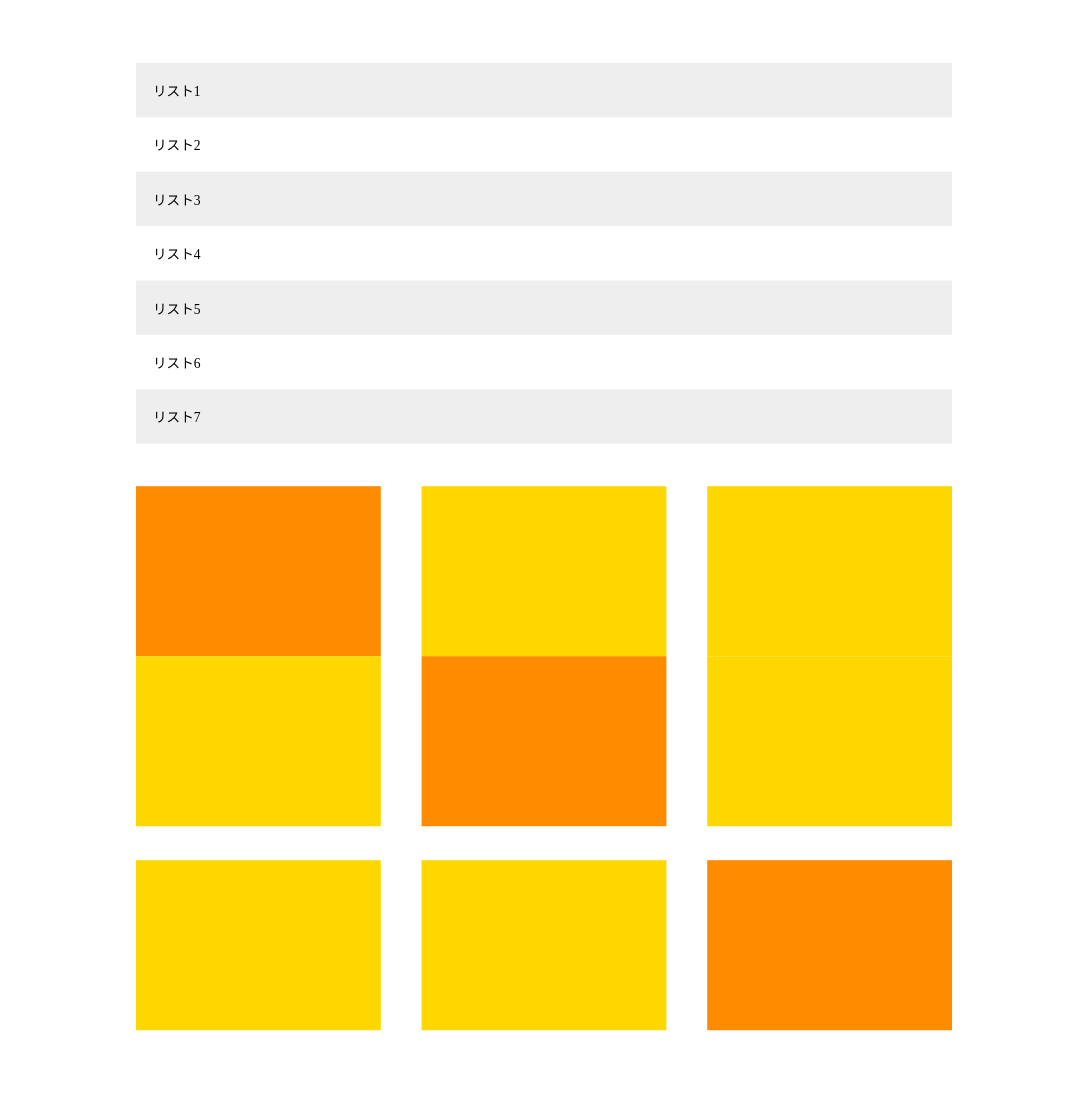
Repository: gukbvhrsui/r
Page: review5/review5.html
The author's editor kept a record of every edit. The page is drawn from the files as they stood at one moment, then again after the next edit.
The browser window is 1280 px wide. The pictures show the whole page, at 85% of full size.

Above is the page before.

### review5/review5.html
<!DOCTYPE html>
<html>
  <head>
    <meta charset="UTF-8">
    <title>演習１－８</title>
    <link rel="stylesheet" href="review5.css">
  </head>
  <body>
    <main>
    　<div class="main-list-box">
       <p class="main-list">リスト1</p>
       <p class="main-list">リスト2</p>
       <p class="main-list">リスト3</p>
       <p class="main-list">リスト4</p>
       <p class="main-list">リスト5</p>
       <p class="main-list">リスト6</p>
       <p class="main-list">リスト7</p>
      </div>
      <div class="main-box">
        <div class="box"></div>
        <div class="box"></div>
        <div class="box"></div>
        <div class="box"></div>
        <div class="box"></div>
        <div class="box"></div>
        <div class="box"></div>
        <div class="box"></div>
        <div class="box"></div>
      </div>
    </main>
  </body>
</html>

### review5/review5.css
* {
  margin: 0;
  padding: 0;
  box-sizing: border-box;
}

main {
  width: 960px;
  margin: 50px auto;
}

.main-list-box {
  margin-bottom: 50px;
}

.main-list {
  list-style: none;
  padding: 20px;
}

.main-list:nth-child(odd) {
  background-color: #eee;
}

.main-box {
  display: flex;
  flex-wrap: wrap;
}

.box {
  width: 30%;
  height: 200px;
  background-color: #ffd700;
  margin-right: 5%;
  margin-bottom: 40px;
}

.box:first-child,
.box:nth-child(5),
.box:last-child {
  background-color: #ff8c00;
}

.box:nth-child(3n) {
  margin-right: 0;
}

.box:nth-child(-n + 3) {
  margin-bottom: 0
}

After the next edit:
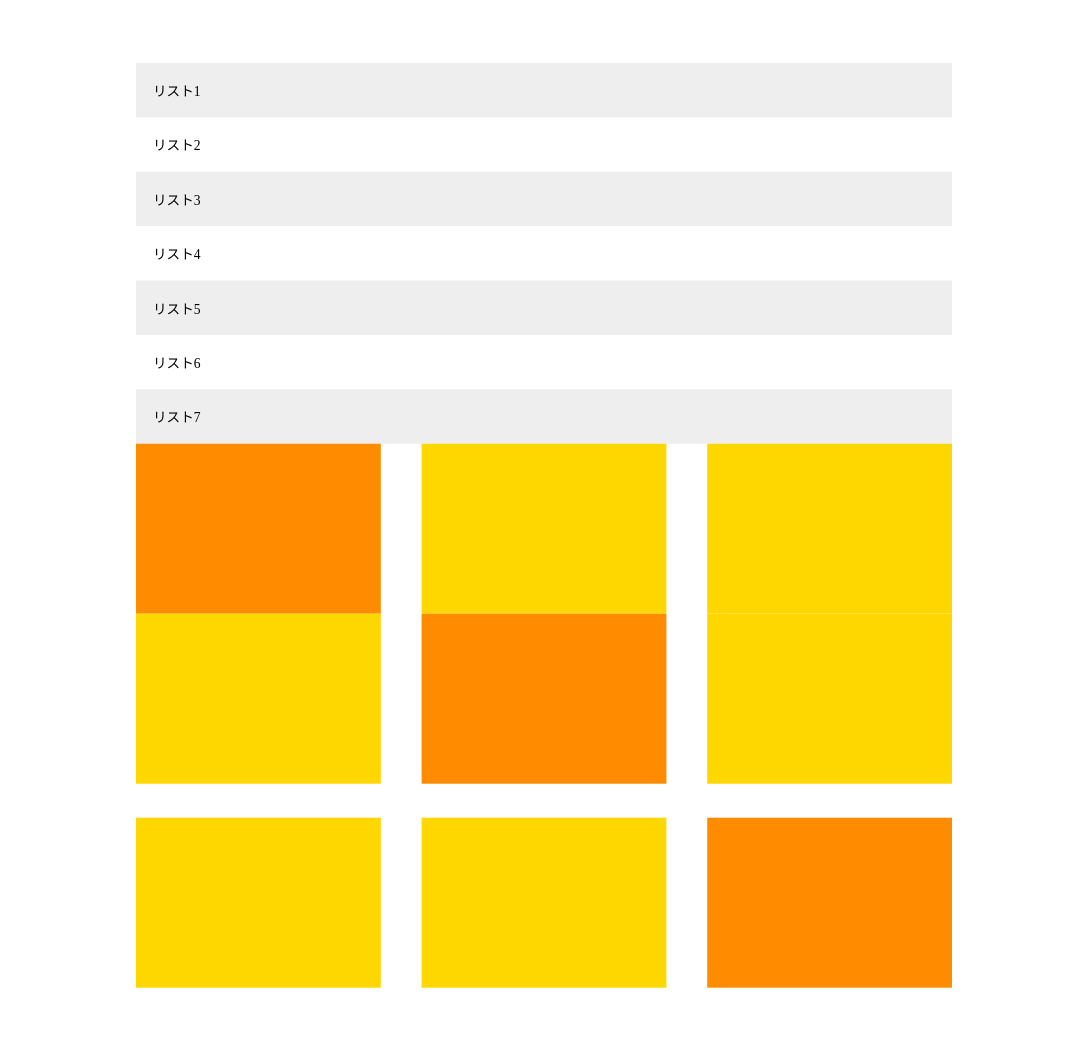
The edit:
--- a/review5/review5.html
+++ b/review5/review5.html
@@ -7,7 +7,7 @@
   </head>
   <body>
     <main>
-    　<div class="main-list-box">
+    　<ul class="main-list-box">
        <p class="main-list">リスト1</p>
        <p class="main-list">リスト2</p>
        <p class="main-list">リスト3</p>

After the edit that followed:
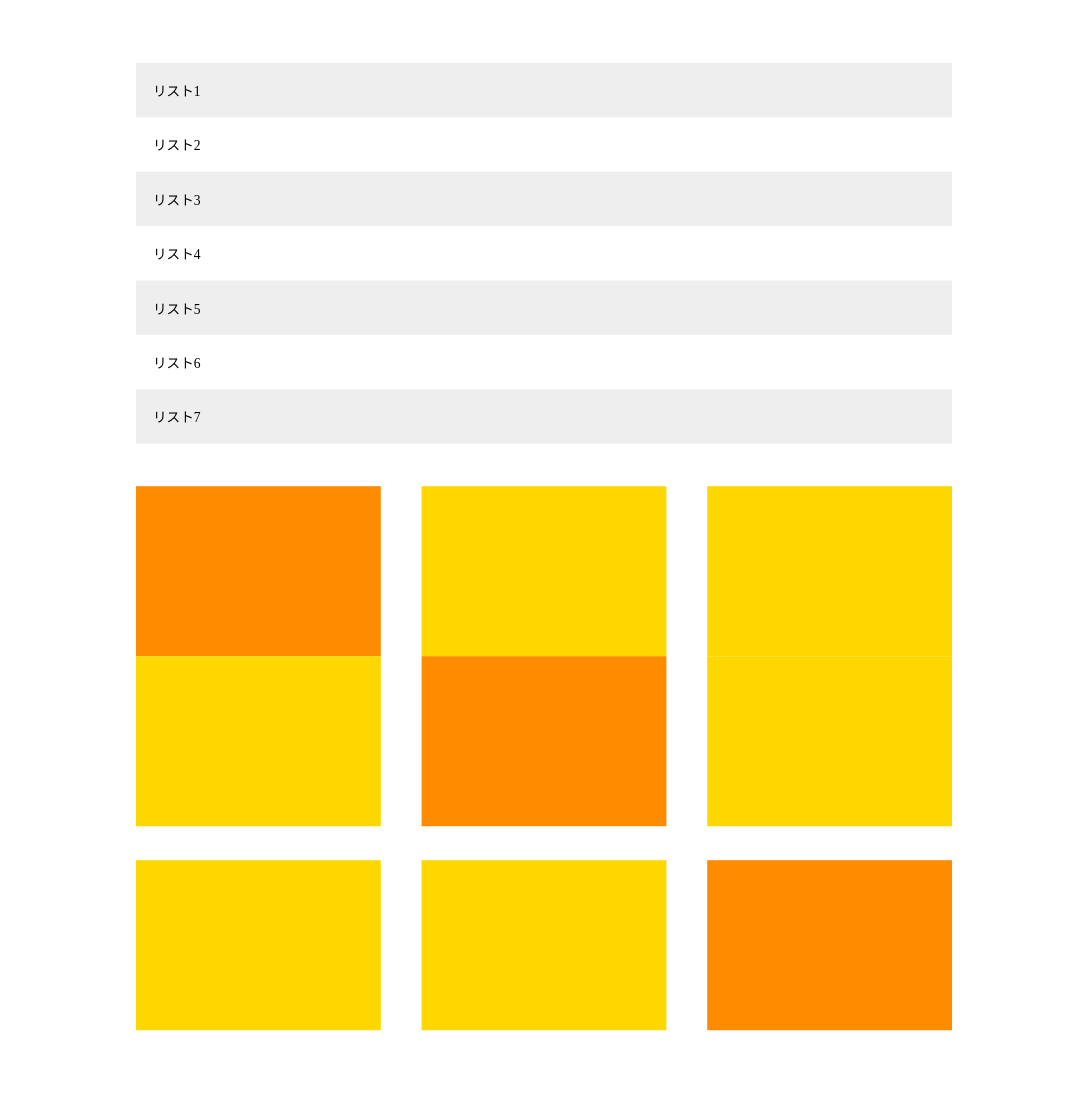
The edit:
--- a/review5/review5.html
+++ b/review5/review5.html
@@ -15,7 +15,7 @@
        <p class="main-list">リスト5</p>
        <p class="main-list">リスト6</p>
        <p class="main-list">リスト7</p>
-      </div>
+      </ul>
       <div class="main-box">
         <div class="box"></div>
         <div class="box"></div>
